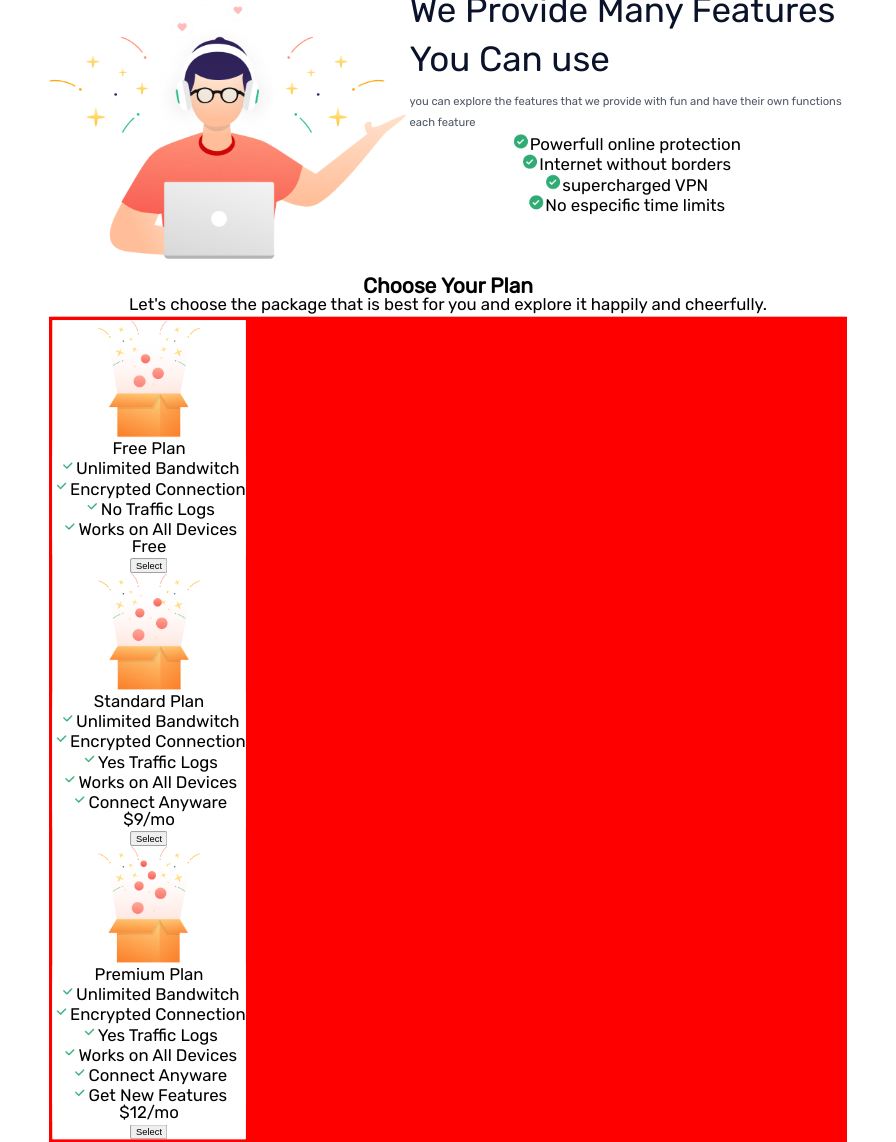
Repository: RaphaelMatheus-br/LP-251123
Page: index.html
The author's editor kept a copy of each file at every save. The page is drawn from the files as they stood at one save, then again after the next save.
The browser window is 1280 px wide. The pictures show the part of the page from y = 789 to 2709 px (the page is 2421 px tall before and 2709 px after), at 70% of full size.

Above is the page before, as saved 2023-11-25 16:16:44.

### index.html
<!DOCTYPE html>
<html lang="en">

<head>
    <meta charset="UTF-8">
    <meta name="viewport" content="width=device-width, initial-scale=1.0">
    <title>Document</title>
    <link rel="stylesheet" href="style.css">
    <link rel="preconnect" href="https://fonts.googleapis.com">
<link rel="preconnect" href="https://fonts.gstatic.com" crossorigin>
<link href="https://fonts.googleapis.com/css2?family=Rubik&display=swap" rel="stylesheet">
</head>

<body>

<section class="container">
    <header class="header">
        <div class="logo">
            <img src="./imagens/Logo.png" alt="logo">
        </div>
        <div class="item1">
            <a href="#" class="item">About</a>
	        <a href="#" class="item">Features</a>
	        <a href="#" class="item">Pricing</a>
            <a href="#" class="item">Testimonials</a>
            <a href="#" class="item">Help</a>
        </div>
        <div class="item2">
            <div class="head__botao">
                <button class="botao1">Sign in</a>
            </div>
            <div class="head__botao--2">
                <button class="botao2">Sign up</a>
            </div>
        </div>
    </header>
</section>

<section class="container flex">
    <div class="box1">
        <div class="item">
            <h1 class="sobre__titulo">Want anything to be easy with LaslesVPN</h1>
            <p class="sobre__descricao">Provide a network for all your needs with ease and fun using LaslesVPN discover interesting features from us</p>
            <button class="sobre__botao">Get started</button>
        </div>
        <div class="img">
            <img src="./imagens/Illustration 1.png" alt="ilutracao__1">
        </div>
    </div>
</section>

<section class="container">
    <div class="item">
        <div class="rectangle">
            <div class="icons">
                <div class="user">
                    <img src="./imagens/user.png" alt="user__img">
                    <p class="p__user">Users</p>
                    <h1 class="sobre__user">90+</h1>
                </div>
                <div class="location">
                    <img src="./imagens/location.png" alt="location">
                    <h1 class="sobre__location">30+</h1>
                    <p class="p__location">Locations</p>
                </div>
                <div class="server">
                    <img src="./imagens/Server.png" alt="server">
                    <h1 class="sobre__server">50+</h1>
                    <p class="p__server">Servers</p>
                </div>
            </div>
        </div>
    </div>
</section>

<section class="container flex">
    <div class="box2">
            <div class="img">
                <img src="./imagens/Illustration 2.png" alt="ilutracao__2">
            </div>

            <div class="item">
                <h1 class="sobre__titulo">We Provide Many Features You Can use</h1>
                <p class="sobre__descricao">you can explore the features that we provide with fun and have their own functions each feature</p>
                <ul class="list">
                    <li><img src="./imagens/check.png" alt="check">Powerfull online protection</img></li>
                    <li><img src="./imagens/check.png" alt="check">Internet without borders</img></li>
                    <li><img src="./imagens/check.png" alt="check">supercharged VPN</img></li>
                    <li><img src="./imagens/check.png" alt="check">No especific time limits</img></li>
                </ul>
            </div>
    </div>
</section>

<section class="container flex" class="sessao__tres">
    <div class="item">
        <div class="choose__plan">
            <h1>Choose Your Plan</h1>
            <p>Let's choose the package that is best for you and explore it happily and cheerfully.</p>
        </div>
    </div>
</section>

<section class="container">
    <div class="box3">
        <div class="item">
                <div class="free plan">
                    <img src="./imagens/Free.png" alt="free">
                    <h3>Free Plan</h3>
                    <ul>
                        <li><img src="./imagens/jam_check.png">Unlimited Bandwitch</li>
                        <li><img src="./imagens/jam_check.png">Encrypted Connection</li>
                        <li><img src="./imagens/jam_check.png">No Traffic Logs</li>
                        <li><img src="./imagens/jam_check.png">Works on All Devices</li>
                    </ul>
                    <h2>Free</h2>
                    <button class="price__botao">Select</button>
                </div>

                <div class="Standard plan">
                    <img src="./imagens/Standard.png" alt="standard">
                    <h3>Standard Plan</h3>
                    <ul>
                        <li><img src="./imagens/jam_check.png">Unlimited Bandwitch</li>
                        <li><img src="./imagens/jam_check.png">Encrypted Connection</li>
                        <li><img src="./imagens/jam_check.png">Yes Traffic Logs</li>
                        <li><img src="./imagens/jam_check.png">Works on All Devices</li>
                        <li><img src="./imagens/jam_check.png">Connect Anyware</li>
                    </ul>
                    <h2>$9/mo</h2>
                    <button class="price__botao">Select</button>
                </div>

                <div class="Premium plan">
                    <img src="./imagens/Premium.png" alt="premium">
                    <h3>Premium Plan</h3>
                    <ul>
                        <li><img src="./imagens/jam_check.png">Unlimited Bandwitch</li>
                        <li><img src="./imagens/jam_check.png">Encrypted Connection</li>
                        <li><img src="./imagens/jam_check.png">Yes Traffic Logs</li>
                        <li><img src="./imagens/jam_check.png">Works on All Devices</li>
                        <li><img src="./imagens/jam_check.png">Connect Anyware</li>
                        <li><img src="./imagens/jam_check.png">Get New Features</li>
                    </ul>
                    <h2>$12/mo</h2>
                    <button class="price__botao">Select</button>
                </div>
        </div>
    </div>
</section>

</body>
</html>

### style.css
html, body, div, span, applet, object, iframe,
h1, h2, h3, h4, h5, h6, p, blockquote, pre,
a, abbr, acronym, address, big, cite, code,
del, dfn, em, img, ins, kbd, q, s, samp,
small, strike, strong, sub, sup, tt, var,
b, u, i, center,
dl, dt, dd, ol, ul, li,
fieldset, form, label, legend,
table, caption, tbody, tfoot, thead, tr, th, td,
article, aside, canvas, details, embed,
figure, figcaption, footer, header, hgroup,
menu, nav, output, ruby, section, summary,
time, mark, audio, video {
	margin: 0;
	padding: 0;
	border: 0;
	font-size: 100%;
	font: inherit;
	vertical-align: baseline;
    background: white;
}
/* HTML5 display-role reset for older browsers */
article, aside, details, figcaption, figure,
footer, header, hgroup, menu, nav, section {
	display: block;
}
body {
	line-height: 1;
}

ol, ul {
	list-style: none;
}
blockquote, q {
	quotes: none;
}
blockquote:before, blockquote:after,
q:before, q:after {
	content: '';
	content: none;
}
table {
	border-collapse: collapse;
	border-spacing: 0;
}

.container {
    max-width: 1140px;
    margin: 0 auto;
    position: relative;
}

.header {
    display: flex;
    justify-content: space-between;
    align-items: center;
    width: 100%;
}
/* Flex Item */
.item {
	margin: 5px;
	text-align: center;
	font-size: 1.5em;
    font-family: Rubik;
}

.item1 {
    display:flex;
    align-items: center;
    justify-content: space-between;
    max-width: 451px;
    width: 100%;
}

.item1 a{
    color: #4F5665;
    font-family: Rubik;
    font-size: 16px;
    font-style: normal;
    font-weight: 400;
    line-height: normal;
    text-decoration: none;
}

.item2 {
display: flex;
justify-content: space-between;
max-width: 233px;
width: 100%;
}

.botao1 {
    color: #0B132A;
    font-family: Rubik;
    font-size: 16px;
    font-style: normal;
    font-weight: 500;
    line-height: normal;
    background-color: transparent;
    border: none;
}

.botao2{
    color: #F53855;
    font-family: Rubik;
    font-size: 16px;
    font-style: normal;
    font-weight: 500;
    line-height: normal;
    padding: 13px 45px;
    border-radius: 50px;
    border: 1px solid #F53855;
    background-color: transparent;
}

.head__botao {
    margin: 5px;
	text-align: center;
	font-size: 0.8em;
    font-weight: 700;
}

.head__botao a {
    color: #4F5665;
    font-family: Rubik;
    font-size: 16px;
    font-style: normal;
    font-weight: 400;
    line-height: normal;
    text-decoration: none;
}

h1 {
	text-align: center;
	margin: 20px 0 0 0;
	font-size: 1.25em;
	font-weight: 700;
}

.box1 {
    display: flex;
    margin-top: 100px;
}

.box2 {
    display: flex;
}

.sobre__titulo {
    font-weight: 700;
    color: #0B132A;
    font-family: Rubik;
    font-size: 50px;
    font-style: normal;
    font-weight: 500;
    line-height: 70px;
    text-align: left;
}

.sobre__descricao {
    color: #4F5665;
    font-family: Rubik;
    font-size: 16px;
    font-style: normal;
    font-weight: 400;
    line-height: 30px; /* 187.5% */
    text-align: left;
    margin-top: 10px;
}

.sobre__botao {
width: 250px;
height: 60px;
flex-shrink: 0;
border-radius: 10px;
border-color: rgba(255, 193, 193, 0.842);
background: #F53838;
color: white;
}

.rectangle {
display: flex;
width: 1140px;
height: 200px;
flex-shrink: 0;
border-radius: 10px;
background: gray;
border-color: white;
justify-content: space-between;
}

.icons {
width: 100%;
height: 100%;
flex-shrink: 0;
display: flex;
align-items: center;
position: absolute;
max-width: 100%;
justify-content: space-around;
background-color: none;
}

.user {
display: flex;;
margin-right: 20px;
margin-left: 10px;
}

.location {
display: flex;;
margin-right: 20px;
margin-left: 10px;
}

.server {
display: flex;;
margin-right: 20px;
margin-left: 10px;
}

.item__dois {
    flex-direction: row-reverse;
}

.sessao__tres{
    background-color: grey;
    align-content: center;
    padding-top: 50px;
}

.box3 {
    display: flex;
    background-color: red;
}

After the next save:
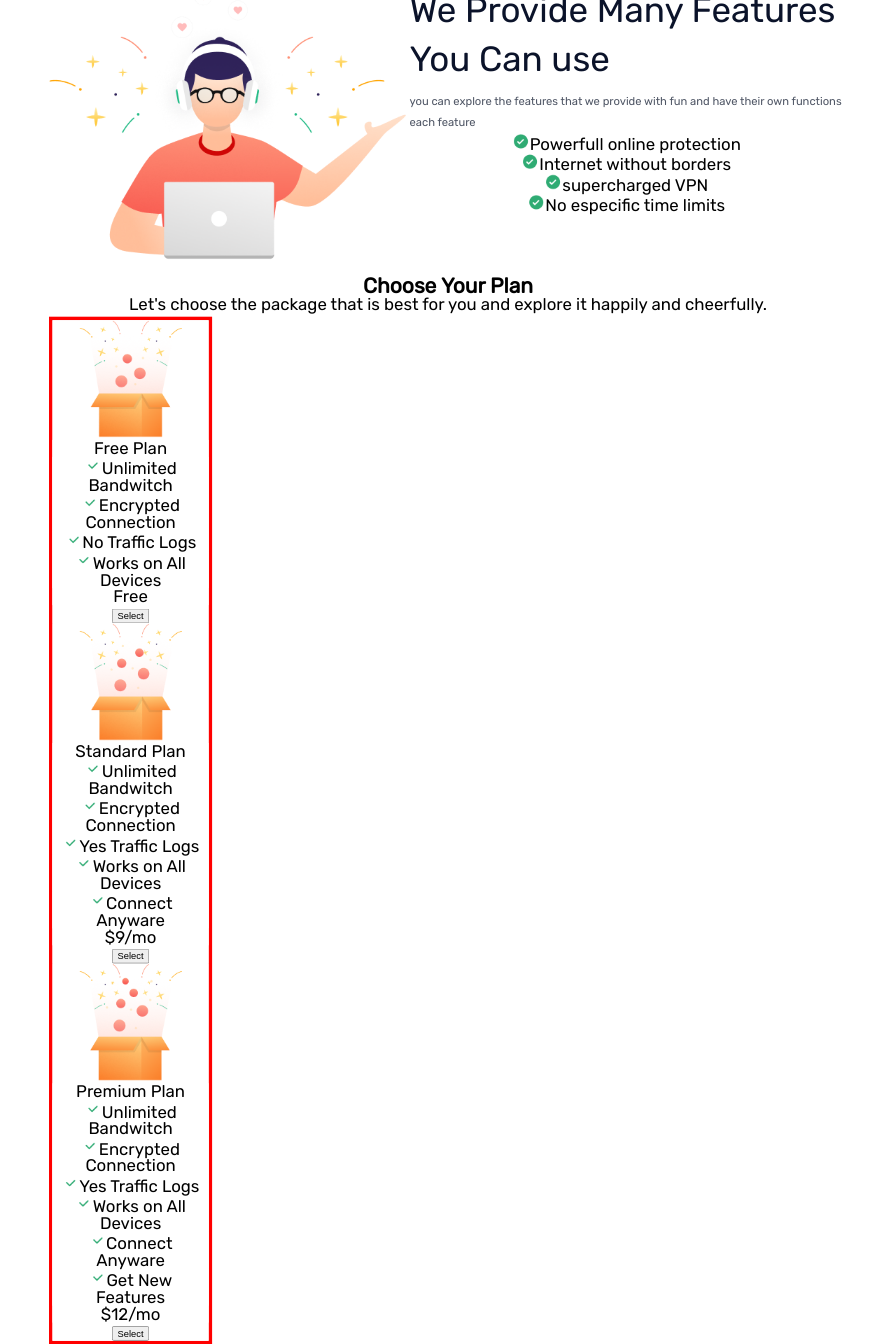
Saved 45 s later.
--- a/style.css
+++ b/style.css
@@ -146,6 +146,12 @@
     display: flex;
 }
 
+.box3 {
+    display: flex;
+    justify-content: space-between;
+    max-width: 233px;
+    width: 100%;
+}
 .sobre__titulo {
     font-weight: 700;
     color: #0B132A;

After the save that followed:
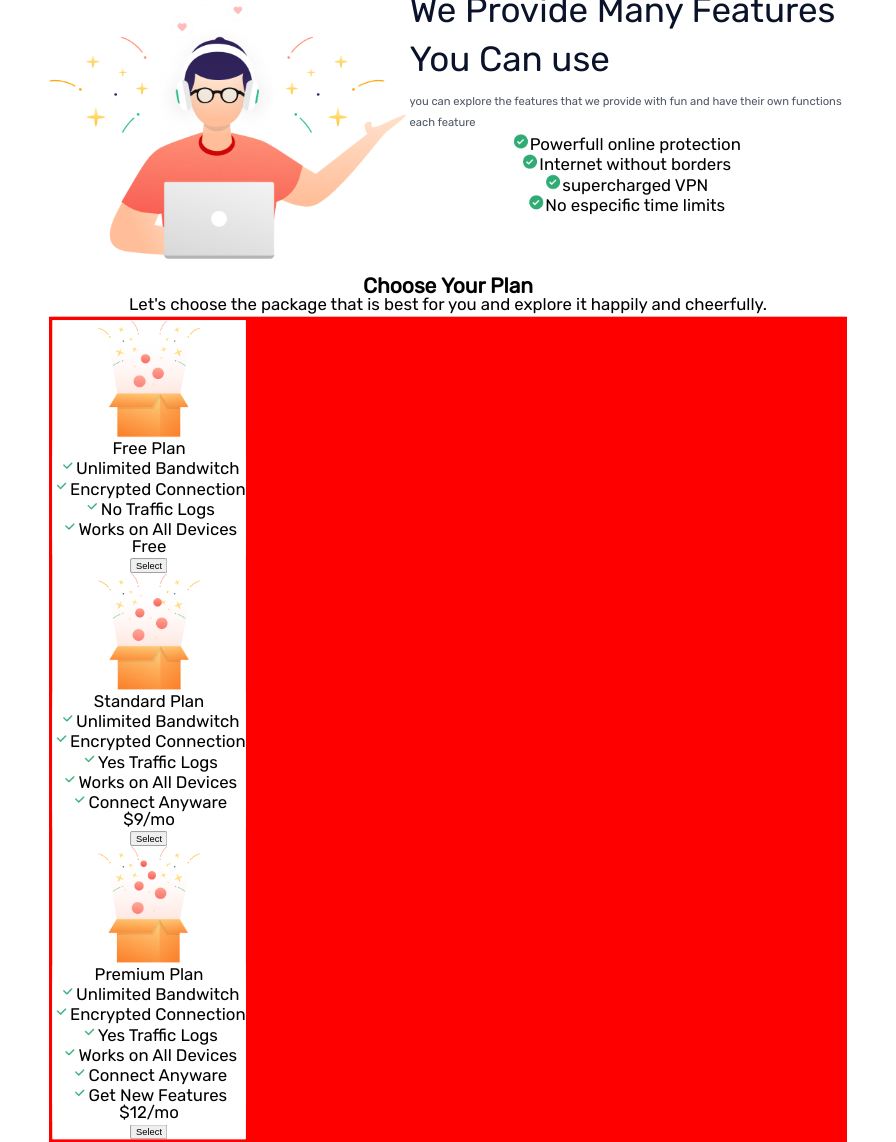
Saved 82 s later.
--- a/style.css
+++ b/style.css
@@ -148,9 +148,6 @@
 
 .box3 {
     display: flex;
-    justify-content: space-between;
-    max-width: 233px;
-    width: 100%;
 }
 .sobre__titulo {
     font-weight: 700;
